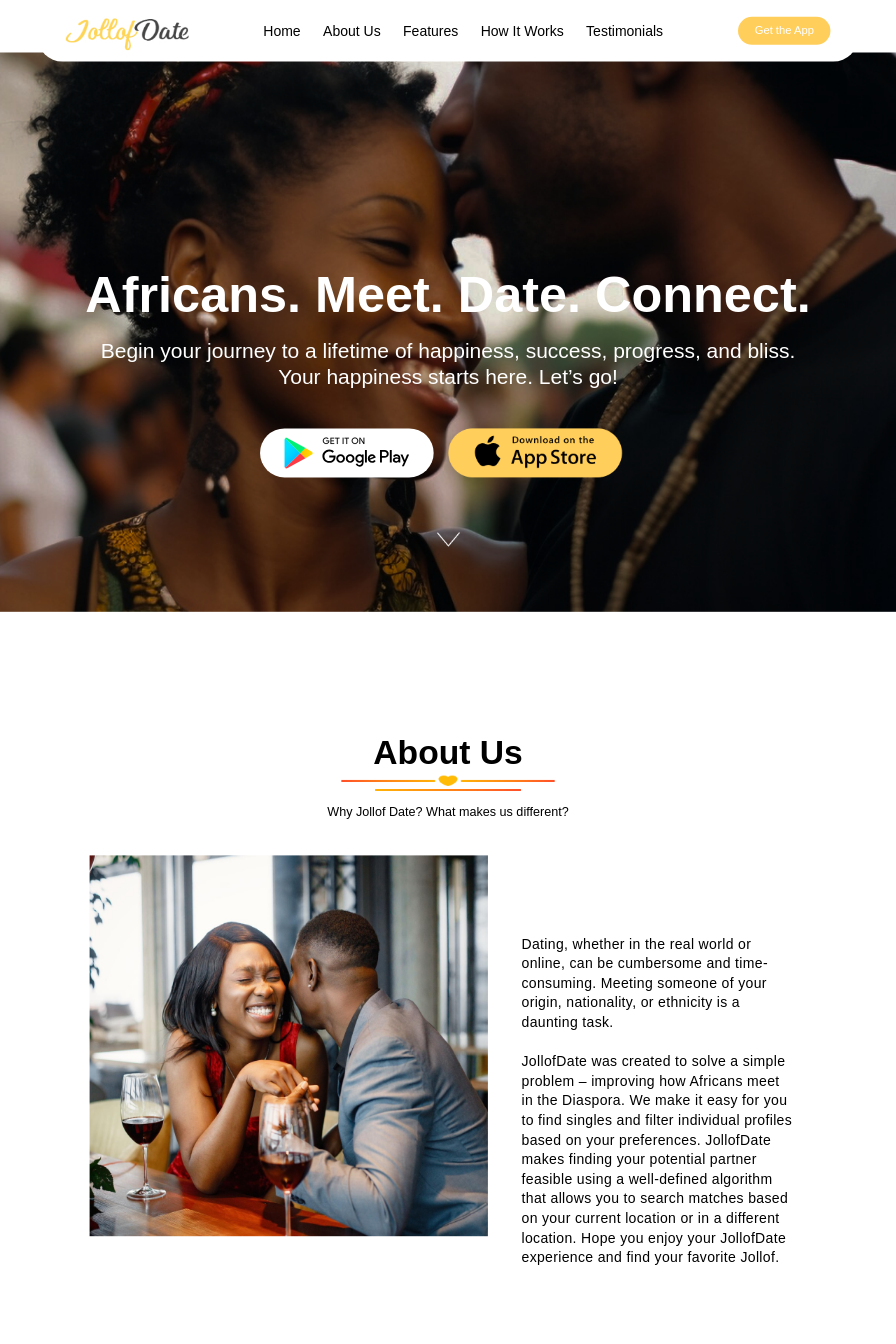
Repository: FarhanNasiru/jollofdate-frontend
Page: /
These files come from the project's save history. The page is drawn as it stood at one moment and after the next save; the edit follows.
The browser window is 1280 px wide. The pictures show the part of the page from y = 0 to 1920 px (the page is 7420 px tall before and 7416 px after), at 70% of full size.
Some web fonts or font styles are not loaded; a fallback is used. The project was rebuilt for these pictures with package versions that can differ from the ones it lists, and the page was loaded fresh each time. Also part of the build but not shown: vite.config.js, src/Pages/Footer2.jsx, src/components/Header2.jsx, src/Pages/privacy.jsx, src/Pages/Term.jsx.

Above is the page before, as saved 2024-08-20 16:23:07.

### index.html
<!doctype html>
<html lang="en">
  <head>
    <meta charset="UTF-8" />
    <link rel="icon" type="image/svg+xml" href="/vite.svg" />
    <meta name="viewport" content="width=device-width, initial-scale=1.0" />
    <title>Jellof Date</title>
  </head>
  <body>
    <div id="root"></div>
    <script type="module" src="/src/main.jsx"></script>
  </body>
</html>

### src/App.jsx
import { BrowserRouter as Router, Route, Routes } from "react-router-dom";
import Home from "./Pages/Home";
import Privacy from "./Pages/privacy";
import Terms from "./Pages/Term";
import "./index.css";
const App = () => {
  return (
    <Router>
      <main>
        <Routes>
          <Route path="/" element={<Home />} />
          <Route path="/privacy" element={<Privacy />} />
          <Route path="/terms" element={<Terms />} />
        </Routes>
      </main>
    </Router>
  );
};

export default App;

### src/index.css
@import url('https://fonts.cdnfonts.com/css/hvdtrial-brandon-grotesque');
@import url('https://fonts.googleapis.com/css2?family=Almendra:ital,wght@0,400;0,700;1,400;1,700&display=swap');
@import "slick-carousel/slick/slick.css";
@import "slick-carousel/slick/slick-theme.css";

@tailwind base;
@tailwind components;
@tailwind utilities;

### src/Pages/Home.jsx
import Faq from "../components/Faq";
import Testimonials from "../components/Testimonials";
import Community from "../components/Community";
import How from "../components/Howitworks";
import Features from "../components/Features";
import About from "../components/Aboutus";
import Download from "../components/Download";
import Footer from "../components/Footer";
import Header from "../components/Header";

function Home() {
  return (
    <main className=" bg-white justify-center font-HvDTrial">
      <Header />
      <section
        id="home"
        className="pl-8 pr-8 justify-center bg-center bg-no-repeat items-center w-full lg:pt-64 lg:pb-9 bg-[url('/Images/Home-bg.png')] h-auto"
      >
        <h1 className="  text-wrap text-white text-7xl md:text-7xl  font-medium md:font-semibold text-center pt-32 pb-7 h-auto">
          Africans. Meet. Date. Connect.{" "}
        </h1>
        <p className=" text-2xl px-6 text-center text-white font-normal md:text-3xl">
          Begin your journey to a lifetime of happiness, success, progress, and
          bliss.
          <br /> Your happiness starts here. Let’s go!
        </p>
        <div className=" flex justify-center pt-12 flex-wrap pb-16">
          <a
            href="#"
            className="bg-transparent text-black px-1 py-1 rounded flex items-center"
          >
            <img
              src="/Images/Googleplay-whitesvg.svg"
              alt="Google Play"
              className="w-full h-full img-center"
            />
          </a>
          <a
            href="#"
            className="bg-transparent text-black px-4 py-2 rounded flex items-center"
          >
            <img
              src="/Images/Applestore-white.png"
              alt="App Store"
              className="w-full h-full mr-2"
            />
          </a>
        </div>
        <div className=" justify-center ">
          <a href="#footer">
            <img
              src="/Images/Home-arrow.png"
              alt=""
              className=" sm:hidden md:flex lg:flex xl:flex justify-center m-auto md:pb-32"
            />
          </a>
        </div>
      </section>
      <About />
      <Features />
      <How />
      <Community />
      <Testimonials />
      <Faq />
      <Download />
      <Footer />
    </main>
  );
}

export default Home;

### src/components/Faq.jsx
import { useState } from "react";

function Faq() {
  const [openIndexes, setOpenIndexes] = useState([]);

  const toggleDropdown = (index) => {
    if (openIndexes.includes(index)) {
      setOpenIndexes(openIndexes.filter((i) => i !== index));
    } else {
      setOpenIndexes([...openIndexes, index]);
    }
  };

  const faqItems = [
    "How can I create my profile on the app?",
    "How can I create my profile on the app?",
    "How can I create my profile on the app?",
    "How can I create my profile on the app?",
    "How can I create my profile on the app?",
    "How can I create my profile on the app?",
  ];

  return (
    <section id="frequently-asked-questions" className="pb-14 sm:px-9">
      <div className="sm:pb-20 md:pb-12">
        <h2 className="text-2xl md:text-3xl font-bold text-center pt-24">
          Frequently Asked Questions
        </h2>
        <div className="flex justify-center py-4">
          <img src="/Images/love-logo.png" alt="" className=" md:w-auto" />
        </div>
        <h3 className="text-center text-lg">
          You have questions? Check here for answers
        </h3>
      </div>
      <div className="text-left sm:text-wrap px-4">
        {faqItems.map((item, index) => (
          <div key={index} className=" mx-auto mt-3">
            <div
              className={`flex pt-7 pl-16 pr-12 pb-6 justify-between cursor-pointer ${
                openIndexes.includes(index)
                  ? "bg-customYellow1 font-bold text-black text-xl rounded-t-md"
                  : "bg-bright text-black text-lg border-solid border rounded-lg border-customYellow1"
              }`}
              onClick={() => toggleDropdown(index)}
            >
              <p className="text-xl font-medium">{item}</p>
              {openIndexes.includes(index) ? (
                <div className="h-6 w-6">
                  <img src="/Images/add.svg" alt="" />
                </div>
              ) : (
                <div className="h-6 w-6">
                  <img src="/Images/add2.svg" alt="" className="bg-white" />
                </div>
              )}
            </div>
            {openIndexes.includes(index) && (
              <div className="p-4 bg-customYellow1 rounded-b-md shadow pt-7 pl-16 pr-12 pb-8">
                <p className=" xl:w-custom3text-xl md:text-wrap sm:text-balance">
                  Begin your journey to a lifetime of happiness, success,
                  progress and bliss. Begin your journey to a lifetime of
                  happiness, success, progress and bliss. Begin your journey to
                  a lifetime of happiness, success, progress and bliss. Begin
                  your journey to a lifetime of happiness, success, progress and
                  bliss. Begin your journey to a lifetime of happiness, success,
                  progress and bliss. Begin your journey to a lifetime of
                  happiness, success, progress and bliss. Begin your journey to
                  a lifetime of happiness, success, progress and bliss.
                </p>
              </div>
            )}
          </div>
        ))}
      </div>
    </section>
  );
}

export default Faq;

### src/components/Testimonials.jsx
import { Carousel } from "antd";

function Testimonials() {
  const contentStyle = {
    height: "auto",
    color: "#fff",
    lineHeight: "40px",
    textAlign: "center",
    background: "transparent",
  };

  const testimonials = [
    {
      quote:
        "“Other dating apps were like shooting fish in a barrel. But my girlfriend and I clicked right away on Jollofdate, and the conversation was effortless. We’ve been together for over a year.”",
      name: "Caitlyn King",
    },
    {
      quote:
        "“Other dating apps were like shooting fish in a barrel. But my girlfriend and I clicked right away on Jollofdate, and the conversation was effortless. We’ve been together for over a year.”",
      name: "Crystabel lyn",
    },
    {
      quote:
        "“Other dating apps were like shooting fish in a barrel. But my girlfriend and I clicked right away on Jollofdate, and the conversation was effortless. We’ve been together for over a year.”",
      name: "David Johnson",
    },
    {
      quote:
        "“Other dating apps were like shooting fish in a barrel. But my girlfriend and I clicked right away on Jollofdate, and the conversation was effortless. We’ve been together for over a year.”",
      name: "King Micheal",
    },
  ];

  return (
    <section id="testimonials" className="p-8 pt-24">
      <div>
        <h2 className="text-5xl font-bold text-center p-2">Testimonials</h2>
        <div className="flex justify-center pb-5 md:pb-6">
          <img src="/Images/love-logo.png" alt="Love Logo" />
        </div>
        <h3 className="text-center text-lg">
          Read what our existing users have to say
        </h3>
      </div>
      <div className="text-center pt-9 pb-16 text-black">
        <Carousel autoplay>
          {testimonials.map((testimonial, index) => (
            <div key={index}>
              <div style={contentStyle}>
                <h1 className="text-black text-center m-auto font-normal text-2xl text-wrap">
                  {testimonial.quote}
                </h1>
                <div className="flex justify-center py-3">
                  {[...Array(5)].map((_, i) => (
                    <img
                      key={i}
                      src="/Images/Star.svg"
                      alt="Star"
                      className="mx-1"
                    />
                  ))}
                </div>
                <p className="text-center text-black text-lg pb-8">
                  {testimonial.name}
                </p>
              </div>
            </div>
          ))}
        </Carousel>
      </div>
    </section>
  );
}

export default Testimonials;

### src/components/Community.jsx
function Community() {
  return (
    <div>
      <section
        id="Community"
        className="bg-custom-radial flex flex-col items-center justify-center mb-28 px-6 pt-8"
      >
        <div className="space-y-8 text-center text-black">
          <div>
            <h1 className="text-3xl sm:text-4xl md:text-5xl font-bold">
              Join the
            </h1>
            <h2 className="text-3xl sm:text-4xl md:text-5xl font-bold">
              Jollof Date Community
            </h2>
          </div>
          <div className="w-full sm:w-4/5 md:w-3/5 lg:w-custom9 mx-auto">
            <h3 className="text-sm sm:text-base font-normal">
              Download the app from your store and begin your journey to a
              lifetime of happiness, success, progress, and bliss.
            </h3>
          </div>
          <div className="flex flex-col md:flex-row justify-center items-center m-auto gap-3">
            <a href="" className="w-32 md:w-40">
              <img
                src="/Images/Applestore-dark.png"
                alt="Download on the App Store"
                className="m-auto"
              />
            </a>
            <a href="" className="w-32 md:w-40">
              <img
                src="/Images/Googleplay-Dark.png"
                alt="Get it on Google Play"
                className="m-auto"
              />
            </a>
          </div>
        </div>
        <div className="flex justify-center mt-8">
          <img
            src="/Images/threephones.png"
            alt="Three phones showing the app"
            className="w-full sm:w-4/5 md:w-3/5 lg:w-auto"
          />
        </div>
      </section>
    </div>
  );
}

export default Community;

### src/components/Howitworks.jsx
function Howitworks() {
  return (
    <div>
      <section id="how-it-works" className="pt-16 md:pt-72 pb-10">
        <h2 className="text-2xl md:text-3xl font-bold text-center mt-24 md:mt-44 p-2">
          How it works
        </h2>
        <div className="flex justify-center pb-4 md:pb-2">
          <img src="/Images/love-logo.png" alt="" className=" md:w-auto" />
        </div>
        <h3 className="text-center text-sm md:text-base pb-4 md:pb-6">
          A step-by-step guide on how to get started on Jollof Date
        </h3>
        <div className="flex flex-col xl:flex-row p-4 md:p-8 space-y-8 md:space-y-0">
          <div id="picture" className="flex justify-center   space-x-3 ">
            <img
              src="/Images/f-and-j-frame.png"
              alt=""
              className="w-full md:w-auto"
            />
          </div>
          <div className="icon space-y-8 md:space-y-11 md:ml-11">
            <div className="flex gap-4 md:gap-6">
              <img
                src="/Images/sign up.png"
                alt=""
                className="w-12 h-12 md:w-16 md:h-16"
              />
              <div>
                <h1 className="font-bold text-xl md:text-2xl">Sign Up</h1>
                <h2 className="font-normal text-sm md:text-xl">
                  Begin your journey to a lifetime of happiness, success,
                  progress, and bliss.
                </h2>
              </div>
            </div>
            <div className="flex gap-4 md:gap-6">
              <img
                src="/Images/create.png"
                alt=""
                className="w-12 h-12 md:w-16 md:h-16"
              />
              <div>
                <h1 className="font-bold text-xl md:text-2xl">
                  Create Profile and Add Preferences
                </h1>
                <h2 className="font-normal text-sm md:text-xl">
                  Share your interests, hobbies, and a bit about yourself to
                  help us find your perfect match.
                </h2>
              </div>
            </div>
            <div className="flex gap-4 md:gap-6">
              <img
                src="/Images/browse.png"
                alt=""
                className="w-12 h-12 md:w-16 md:h-16"
              />
              <div>
                <h1 className="font-bold text-xl md:text-2xl">
                  Browse and Match
                </h1>
                <h2 className="font-normal text-sm md:text-xl">
                  Use our advanced filters to find people who share your
                  interests and values. Start connecting today.
                </h2>
              </div>
            </div>
            <div className="flex gap-4 md:gap-6">
              <img
                src="/Images/chat.png"
                alt=""
                className="w-12 h-12 md:w-16 md:h-16"
              />
              <div>
                <h1 className="font-bold text-xl md:text-2xl">Chat and Call</h1>
                <h2 className="font-normal text-sm md:text-xl">
                  Get to know your matches better and build connections in a
                  safe and private environment.
                </h2>
              </div>
            </div>
          </div>
        </div>
      </section>
    </div>
  );
}

export default Howitworks;

### src/components/Features.jsx
function Features() {
  return (
    <div>
      <section
        id="features"
        className=" md:p-8 pt-16 md:pt-24 mb-20 md:mb-40 bg-featuresY h-full w-full md:h-custom16"
      >
        <div className="">
          <div className="flex flex-col md:flex-row justify-between m-auto px-4 md:px-8 space-y-4 md:space-y-0">
            <h3 className="text-3xl md:text-5xl font-bold w-full md:w-96 h-auto md:h-36 text-white">
              Key features of Jollof Date
            </h3>
            <h2 className="text-xl w-full md:w-custom4 font-normal text-white">
              Discover what sets Jollofdate apart with advanced matching
              algorithms, robust privacy controls, and user-friendly features
              designed to create meaningful connections and enhance your online
              dating experience.
            </h2>
          </div>
          <div className="flex flex-col md:flex-row h-full space-y-4 md:space-y-0 md:space-x-9 pl-0 md:pl-8 pr-0 md:pr-8 mt-8 w-full">
            <div className="bg-white text-center border rounded-3xl">
              <img
                src="/Images/phone1.png"
                alt=""
                className="w-full md:w-auto"
              />
            </div>
            <div className="bg-white text-center border rounded-3xl">
              <a href="">
                <img src="/Images/Phone2.png" alt="" className="w-full" />
              </a>
            </div>
            <div className="bg-white text-center border rounded-3xl">
              <a href="">
                <img src="/Images/Phone3.png" alt="" className="w-full" />
              </a>
            </div>
          </div>
        </div>
      </section>
    </div>
  );
}

export default Features;

### src/components/Aboutus.jsx
function Aboutus() {
  return (
    <div>
      <section id="about-us" className="pt-16 md:pt-24">
        <div className="px-4 md:px-24">
          <h2 className="text-3xl md:text-5xl font-bold text-center p-2">
            About Us
          </h2>
          <div className="flex justify-center pb-4">
            <img src="/Images/love-logo.png" alt="" className="md:14" />
          </div>
          <h3 className="text-center text-base md:text-lg pb-8 md:pb-12">
            Why Jollof Date? What makes us different?
          </h3>
          <div className="flex flex-col xl:flex-row gap-4 lg:gap-8 px-2 lg:px-8 pb-16 lg:pb-32 justify-center">
            <img
              src="/Images/Lovers.png"
              alt=""
              className="max-w-xl max-h-3px"
            />
            <div className="tracking-wide bg-white p-4 md:pt-28 font-normal text-base md:text-xl">
              <p>
                Dating, whether in the real world or online, can be cumbersome
                and time-consuming. Meeting someone of your origin, nationality,
                or ethnicity is a daunting task.
              </p>
              <br />
              <p>
                JollofDate was created to solve a simple problem – improving how
                Africans meet in the Diaspora. We make it easy for you to find
                singles and filter individual profiles based on your
                preferences. JollofDate makes finding your potential partner
                feasible using a well-defined algorithm that allows you to
                search matches based on your current location or in a different
                location. Hope you enjoy your JollofDate experience and find
                your favorite Jollof.
              </p>
            </div>
          </div>
        </div>
        <div className="flex flex-col md:flex-row justify-center items-center space-y-12 md:space-y-0 md:space-x-20 lg:space-x-48 px-16 pb-14 w-11/12">
          <div className="flex items-center">
            <img src="/Images/person.png" alt="Person Icon" className="mr-4" />
            <div className="text-center md:text-left">
              <h1 className="font-bold text-4xl">360</h1>
              <h2 className="text-xs">Global Downloads</h2>
            </div>
          </div>

          <div className="flex items-center">
            <img src="/Images/people.png" alt="People Icon" className="mr-4" />
            <div className="text-center md:text-left">
              <h1 className="font-bold text-4xl">350</h1>
              <h2 className="text-xs">Active Users</h2>
            </div>
          </div>

          <div className="flex items-center">
            <img src="/Images/world-o.png" alt="World Icon" className="mr-4" />
            <div className="text-center md:text-left">
              <h1 className="font-bold text-4xl">100</h1>
              <h2 className="text-xs">Countries</h2>
            </div>
          </div>

          <div className="flex items-center">
            <img src="/Images/Star2.png" alt="Star Icon" className="" />
            <div className="text-center md:text-left">
              <h1 className="font-bold text-4xl">100</h1>
              <h2 className="text-xs lg:text-xl">4 star + ratings</h2>
            </div>
          </div>
        </div>
      </section>
    </div>
  );
}

export default Aboutus;

### src/components/Download.jsx
function Download() {
  return (
    <section
      id="last"
      className=" mt-20 w-full justify-center bg-customYellow1 md:w-3/4 xl:w-4/5 md:h-full pb-9 m-auto pt-9 p-11 border-0 rounded-2xl -mb-[100px] relative "
    >
      <div className="">
        <div>
          <h1 className="text-center font-normal text-xl pb-3 pl-3 pr-3">
            Your one stop spot for the right relationship
          </h1>
        </div>
        <h3 className="text-center font-bold text-4xl pb-3 lg:">
          Download Jollofdate Now
        </h3>
        <h2 className=" flex text-center justify-center m-auto font-normal xl:w-80 pb-8">
          Begin your journey to a lifetime of happiness, success, progress and
          bliss.
        </h2>
        <div className="text-center md:flex flex-wrap justify-center gap-4 m-auto space-y-7 md:space-y-0 ">
          <img
            src="/Images/Applestore-dark.png"
            alt=""
            className="m-auto md:m-0"
          />
          <img
            src="/Images/Googleplay-Dark.png"
            alt=""
            className="m-auto md:m-0"
          />
        </div>
      </div>
    </section>
  );
}

export default Download;

Loaded but not shown: src/main.jsx (common file); tailwind.config.js (58 lines, source omitted); src/components/Header.jsx (148 lines, source omitted); src/components/Footer.jsx (106 lines, source omitted)

After the next save:
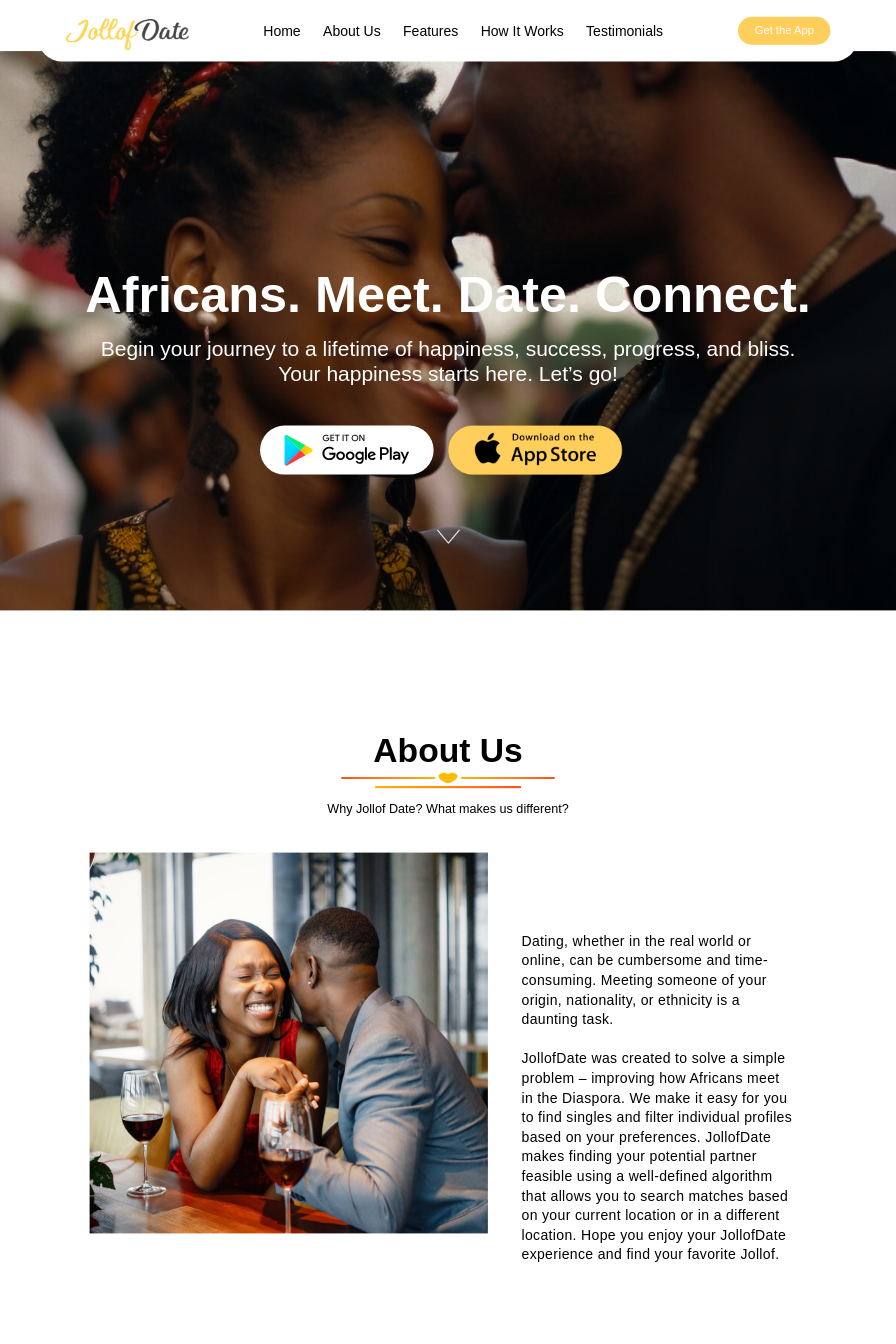
Saved 12 s later.
--- a/src/Pages/Home.jsx
+++ b/src/Pages/Home.jsx
@@ -16,7 +16,7 @@
         id="home"
         className="pl-8 pr-8 justify-center bg-center bg-no-repeat items-center w-full lg:pt-64 lg:pb-9 bg-[url('/Images/Home-bg.png')] h-auto"
       >
-        <h1 className="  text-wrap text-white text-7xl md:text-7xl  font-medium md:font-semibold text-center pt-32 pb-7 h-auto">
+        <h1 className="  text-wrap text-white text-7xl md:text-7xl  font-medium md:font-semibold text-center pt-32 pb-6 h-auto">
           Africans. Meet. Date. Connect.{" "}
         </h1>
         <p className=" text-2xl px-6 text-center text-white font-normal md:text-3xl">
